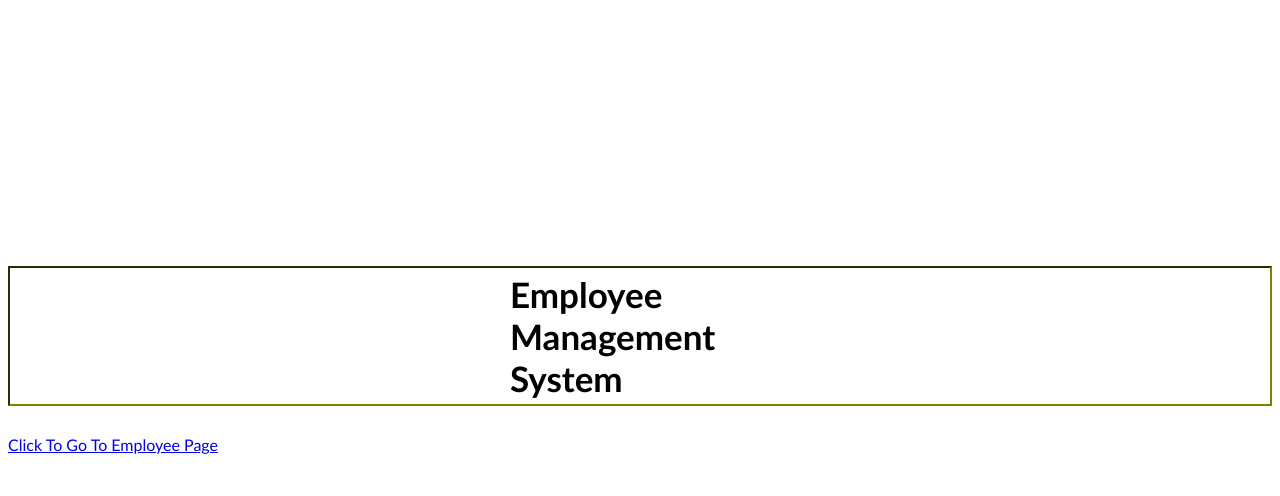
Repository: prieeyatambe/priyatambe_SpringMavenHibernate
Page: http://localhost/Project/
An editor plug-in stored every save of this project. The page is shown before and after the next save, followed by the edit.
The browser window is 1280 px wide. The pictures show the whole page.
The page is served by Tomcat 9. Other server files are loaded and not shown.

Above is the page before, as saved 2024-03-06 07:15:27.

### SpringMaven/mavenproject/Project/src/main/webapp/index.jsp
<html>
<head>
<style type="text/css">
body{
	align-content: center;
}
h2{
	font-size: 35px;
	font-family: 'Trebuchet MS', 'Lucida Sans Unicode', 'Lucida Grande', 'Lucida Sans', Arial, sans-serif;
	border: 2px olive inset;
	padding: 5px 500px 5px 500px;
}
a{
    font-family: 'Trebuchet MS', 'Lucida Sans Unicode', 'Lucida Grande', 'Lucida Sans', Arial, sans-serif;
}
a:hover{
	color: teal;
}
</style>
</head>
<body>
<h2>Employee Management System</h2>
<a href="list">Click To Go To Employee Page</a>
</body>
</html>

After the next save:
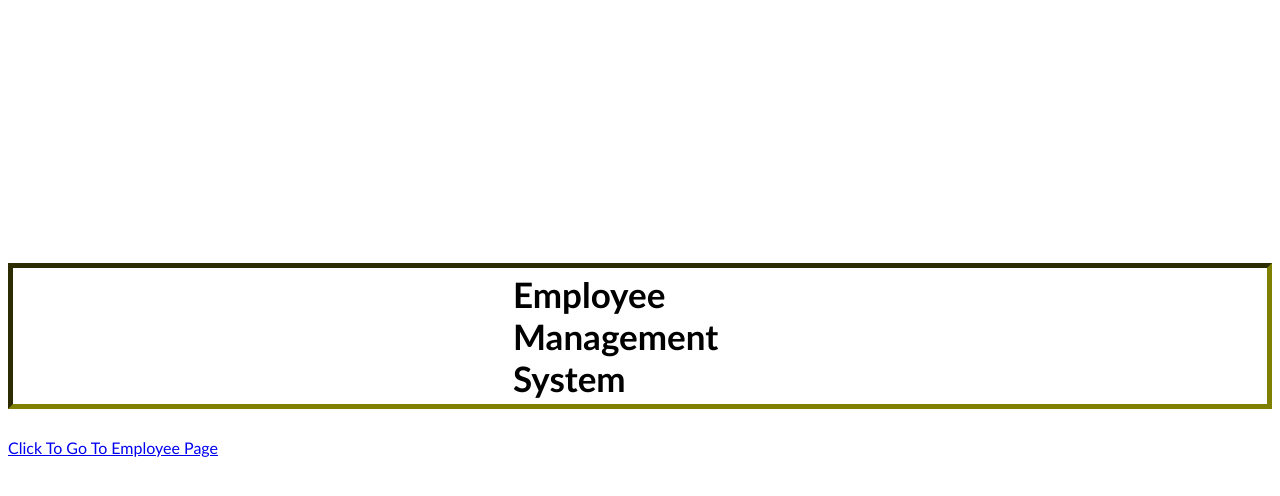
Saved 18 s later.
--- a/SpringMaven/mavenproject/Project/src/main/webapp/index.jsp
+++ b/SpringMaven/mavenproject/Project/src/main/webapp/index.jsp
@@ -7,7 +7,7 @@ body{
 h2{
 	font-size: 35px;
 	font-family: 'Trebuchet MS', 'Lucida Sans Unicode', 'Lucida Grande', 'Lucida Sans', Arial, sans-serif;
-	border: 2px olive inset;
+	border: 5px olive inset;
 	padding: 5px 500px 5px 500px;
 }
 a{
